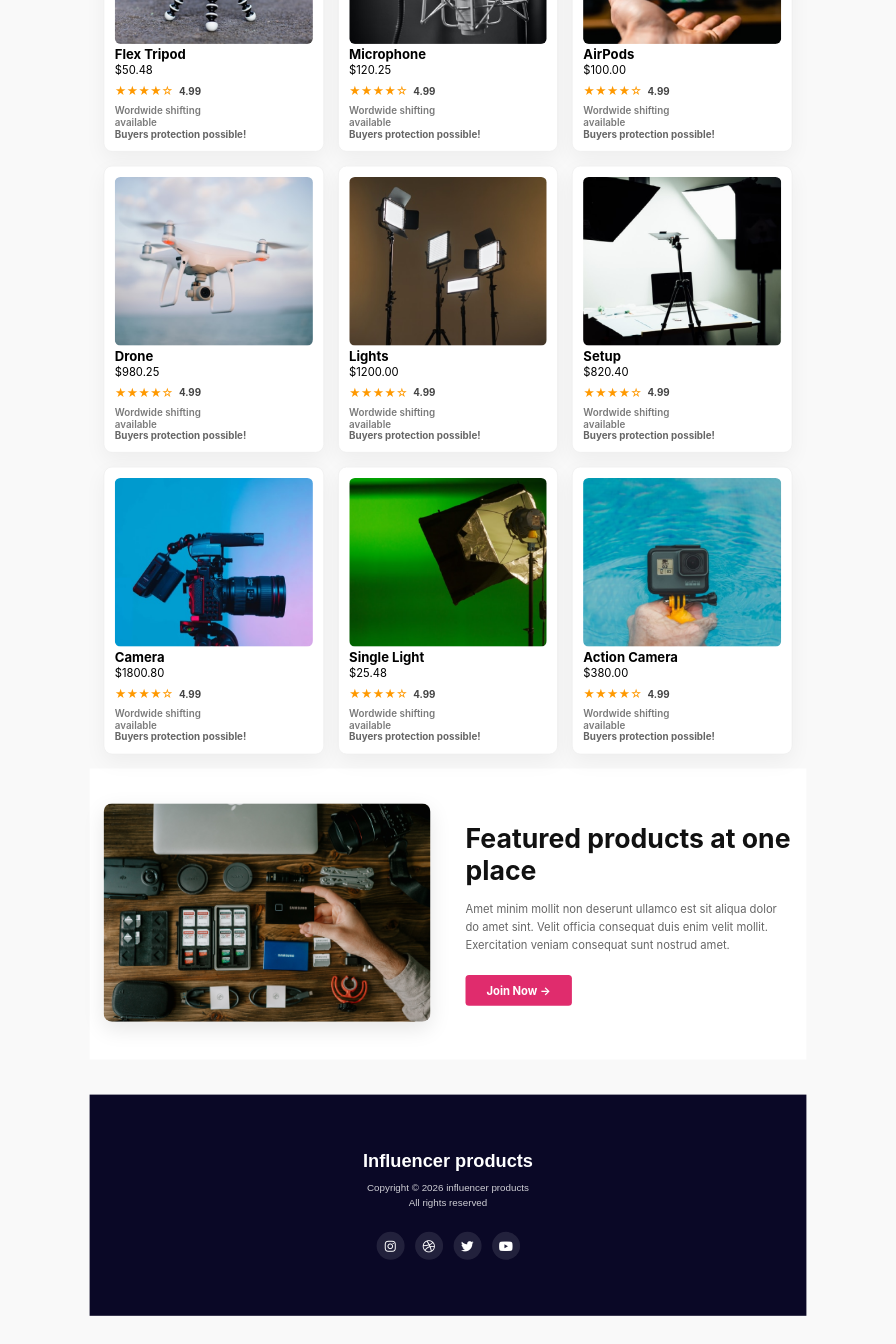
Repository: Saiful21Islam/Influencer-products
Page: it.html
These files come from the project's save history. The page is drawn as it stood at one moment and after the next save; the edit follows.
The browser window is 1280 px wide. The pictures show the part of the page from y = 1214 to 3134 px (the page is 3134 px tall before and 3114 px after), at 70% of full size.

Above is the page before, as saved 2026-03-11 12:14:15.

After the next save:
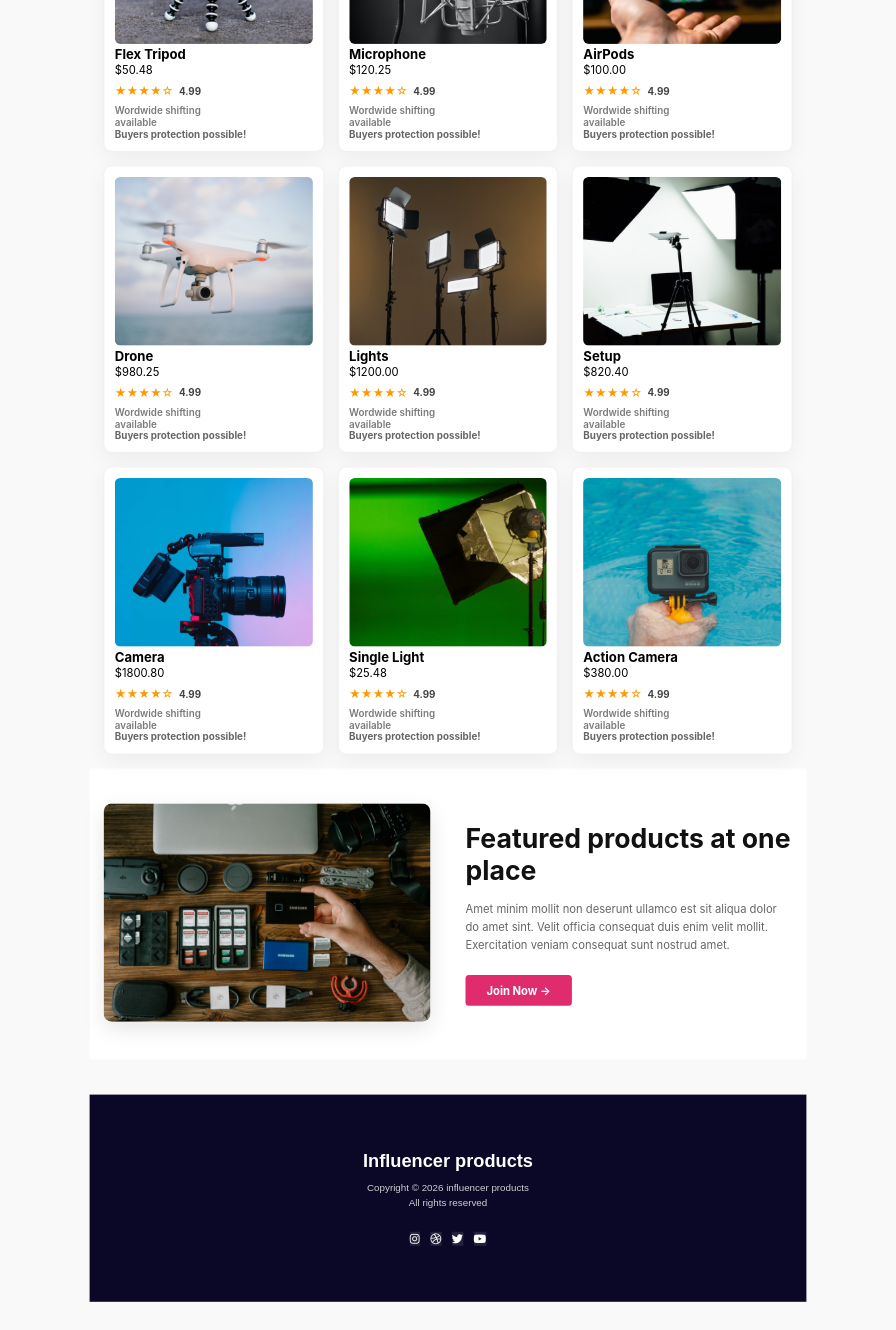
Saved 107 s later.
--- a/it.html
+++ b/it.html
@@ -329,24 +329,7 @@
 
     .footer-icons a {
         color: white !important;
-        background: rgba(255, 255, 255, 0.1); /* ছবির মতো ঝাপসা সার্কেল */
-        width: 40px;
-        height: 40px;
-        display: flex;
-        align-items: center;
-        justify-content: center;
-        border-radius: 50%;
-        text-decoration: none;
-        font-size: 18px;
-        transition: 0.3s;
-    }
-
-    /* মাউস নিলে হালকা উজ্জ্বল হবে */
-    .footer-icons a:hover {
-        background: rgba(255, 255, 255, 0.2);
-        transform: translateY(-3px);
-    }
-</style>
+        background: rgba(255, 255, 255, 0.1); /* ছবির মতো
 </body>
 
 </html>
